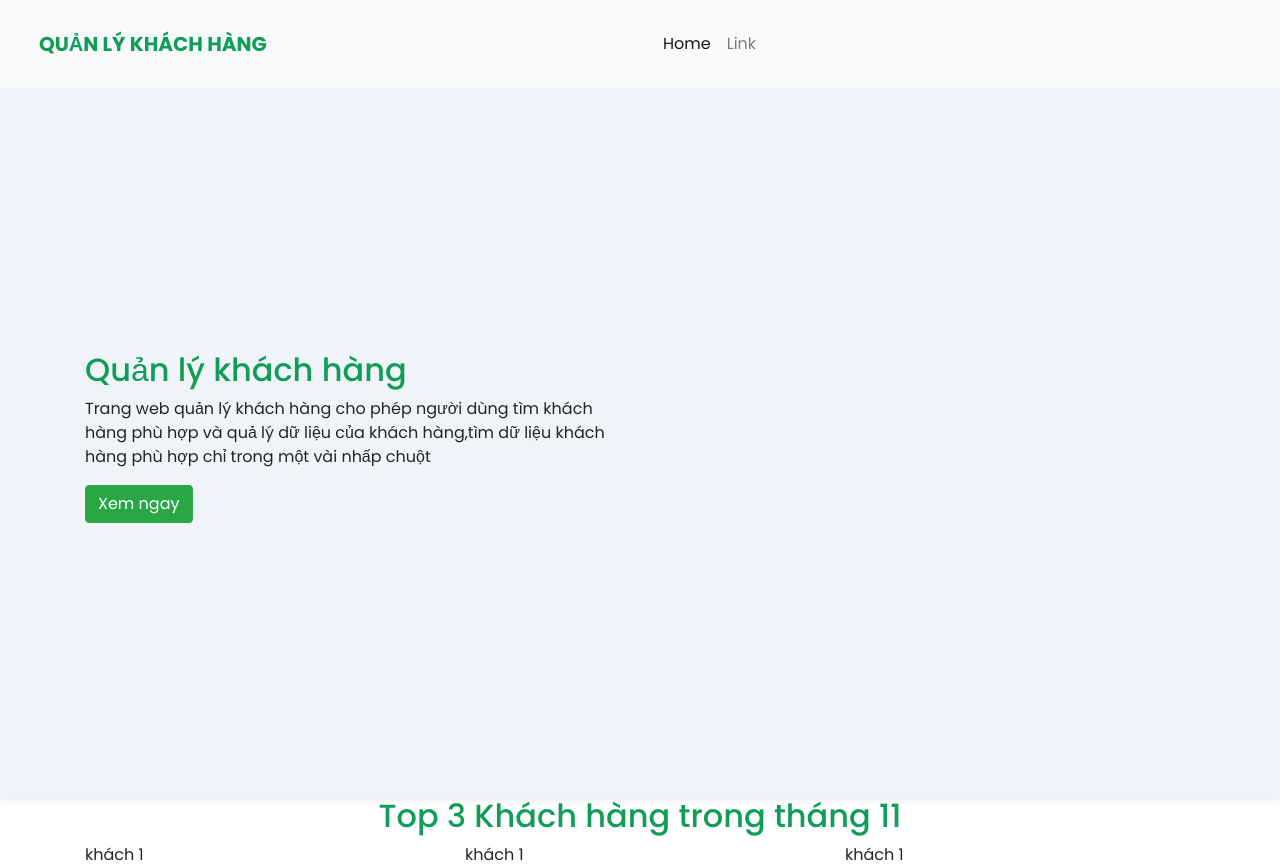
Repository: huutien1904/bt2-ltw
Page: index.html
An editor plug-in stored every save of this project. The page is shown before and after the next save, followed by the edit.
The browser window is 1280 px wide. The pictures show the whole page.

Above is the page before, as saved 2021-11-04 08:36:58.

### index.html
<!DOCTYPE html>
<html lang="en">
<head>
    <meta charset="UTF-8">
    <meta http-equiv="X-UA-Compatible" content="IE=edge">
    <meta name="viewport" content="width=device-width, initial-scale=1.0">
    <title>Quản Lý Khách Hàng</title>

    <!-- style -->
    <link rel="stylesheet" href="./style.css">
    <!-- font Poppins -->
    <link rel="preconnect" href="https://fonts.googleapis.com">
    <link rel="preconnect" href="https://fonts.gstatic.com" crossorigin>
    <link href="https://fonts.googleapis.com/css2?family=Poppins:wght@100;200;300;400;500;600;700;800;900&display=swap" rel="stylesheet">
    <!--  boostrap -->
    <link rel="stylesheet" href="https://maxcdn.bootstrapcdn.com/bootstrap/4.5.2/css/bootstrap.min.css">
    <script src="https://ajax.googleapis.com/ajax/libs/jquery/3.5.1/jquery.min.js"></script>
    <script src="https://cdnjs.cloudflare.com/ajax/libs/popper.js/1.16.0/umd/popper.min.js"></script>
    <script src="https://maxcdn.bootstrapcdn.com/bootstrap/4.5.2/js/bootstrap.min.js"></script>
</head>
<body>
  <!-- navbar -->
    <!-- <nav class="navbar navbar-default navbar-fixed-top">
        <div class="container-fluid ">
          <div class="navbar-header">
            <button type="button" class="navbar-toggle" data-toggle="collapse" data-target="#myNavbar">
              <span class="icon-bar"></span>
              <span class="icon-bar"></span>
              <span class="icon-bar"></span>
            </button>
            <a class="navbar-brand" href="#home">QUẢN LÝ KHÁCH HÀNG</a>
          </div>
          <div class="collapse navbar-collapse" id="myNavbar">
            <ul class="nav navbar-nav navbar-right">
              <li class="active_nav"><a href="#home">TRANG CHỦ</a></li>
              <li ><a href="#customer">KHÁCH HÀNG</a></li>
              <li><a href="#comment">NHẬN XÉT</a></li>
              <li><a href="#contact">LIÊN HỆ</a></li>
            </ul>
          </div>
        </div>
    </nav> -->
  <!-- end navbar -->
  <nav class="navbar navbar-expand-lg navbar-light bg-light fixed-top p-4 d-flex justify-content-between">
    <div class="nav_title col-md-6 col-sm-12">
      <a class="navbar-brand" href="#">QUẢN LÝ KHÁCH HÀNG</a>
    </div>

    <div class="nav_menu col-md-6 ">
      <button class="navbar-toggler" type="button" data-toggle="collapse" data-target="#navbarSupportedContent" aria-controls="navbarSupportedContent" aria-expanded="false" aria-label="Toggle navigation">
        <span class="navbar-toggler-icon"></span>
      </button>
      <div class="collapse navbar-collapse" id="navbarSupportedContent">
        <ul class="navbar-nav mr-auto">
          <li class="nav-item active">
            <a class="nav-link" href="#">Home <span class="sr-only">(current)</span></a>
          </li>
          <li class="nav-item">
            <a class="nav-link" href="#">Link</a>
          </li>

        </ul>

      </div>
    </div>


  </nav>
  <!-- trang chủ -->
  <section
    id="home"
    >
    <div class="container">
      <div class="row">
        <div class="col-md-6 col-xs-12 ">
          <div class="">
            <h2 class="slogan">Quản lý khách hàng</h2>
            <p class="">
              Trang web quản lý khách hàng cho phép người dùng tìm khách hàng phù hợp và quả lý dữ liệu của khách hàng,tìm dữ liệu khách hàng phù hợp chỉ trong một vài nhấp chuột
            </p>
            <div class="left-to-right play-on-scroll delay-4">
              <button type="button" class="btn btn-success">Xem ngay</button>
            </div>
          </div>
        </div>
      </div>
    </div>
  </section>
  <!-- end trang chủ -->

  <!-- khách hàng -->
  <section id="customer ">
    <div class="container">
      <div class="row">
        <div class="col-md-12 col-sm-12 d-flex justify-content-center align-items-center">
          <h2 class="title_customer ">Top 3 Khách hàng trong tháng 11</h2>
        </div>
      </div>
      <div class="row">
        <div class="col-md-4 col-sm-12">
          khách 1
        </div>
        <div class="col-md-4 col-sm-12">
          khách 1

        </div>
        <div class="col-md-4 col-sm-12">
          khách 1

        </div>
      </div>
    </div>
  </section>
  <!-- end khách hàng -->
  <!--  Nhận xét-->
  <section id="comment">

  </section>
  <!-- liên hệ -->
  <section id="contact">

  </section>
</body>
</html>

### style.css
*{
  font-family: 'Poppins', sans-serif;
}

:root {
  --primary-color: #0f9d58;
  --backgound-color: #f0f3f7;
  --secon-color: #9da2ad;
  --grey: #7a7a7a;
  --white: #ffffff;
}
body {
  font: 400 15px Lato, sans-serif;
  line-height: 1.8;
  color: #818181;
}
.navbar-default{
  padding: 15px;
  background-color: var(--backgound-color);
  box-shadow: 0 2px 8px rgb(0 0 0 / 10%);
}
.navbar-brand{
  font-weight: 700;
  font-size: 20px;
  color: var(--primary-color) !important;

}
.navbar-right li{
  font-size: 14px;
  font-weight: 600;
  margin: 0 5px;
  /* padding:5px; */
}
.navbar-right li:hover{
  background-color: var(--primary-color);
  border-radius: 15px;
  color: white !important;
}
#home{
  margin-top: 77px;
  height: 100vh;
  display: flex;
  justify-content: center;
  align-items: center;
  background-color: var(--backgound-color);
  box-shadow: 0 2px 8px rgb(0 0 0 / 10%);
}
.slogan{
  color: var(--primary-color);
}
.title_customer{
  color: var(--primary-color);

}
#customer{
  height: 90vh;
  background-color: var(--backgound-color);
  box-shadow: 0 2px 8px rgb(0 0 0 / 10%);
}
/* .active_nav{
  background-color: var(--primary-color);
  border-radius: 15px;
} */

After the next save:
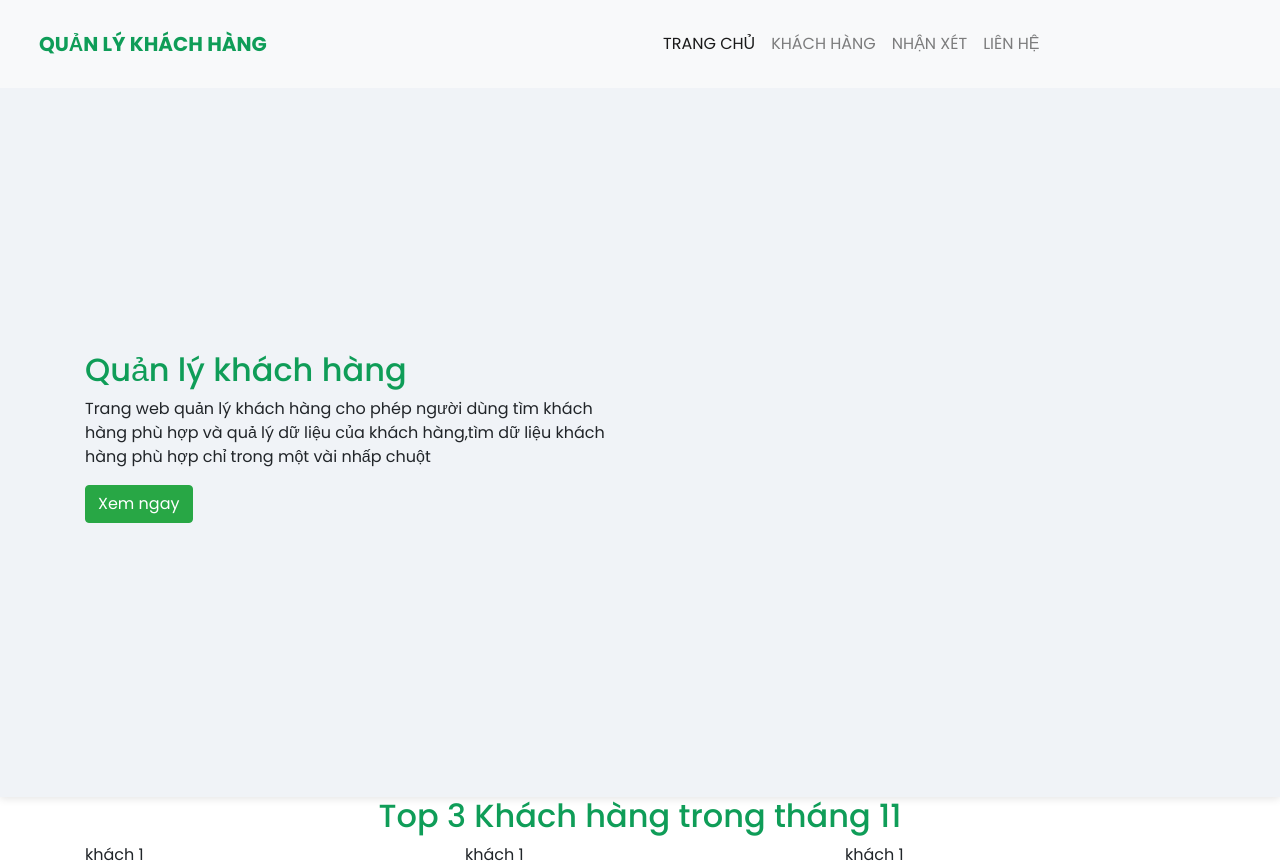
Saved 95 s later.
--- a/index.html
+++ b/index.html
@@ -53,10 +53,17 @@
       <div class="collapse navbar-collapse" id="navbarSupportedContent">
         <ul class="navbar-nav mr-auto">
           <li class="nav-item active">
-            <a class="nav-link" href="#">Home <span class="sr-only">(current)</span></a>
+            <a class="nav-link" href="#">TRANG CHỦ<span class="sr-only">(current)</span></a>
           </li>
           <li class="nav-item">
-            <a class="nav-link" href="#">Link</a>
+            <a class="nav-link" href="#">KHÁCH HÀNG</a>
+          </li>
+
+          <li class="nav-item">
+            <a class="nav-link" href="#">NHẬN XÉT</a>
+          </li>
+          <li class="nav-item">
+            <a class="nav-link" href="#">LIÊN HỆ</a>
           </li>
 
         </ul>
